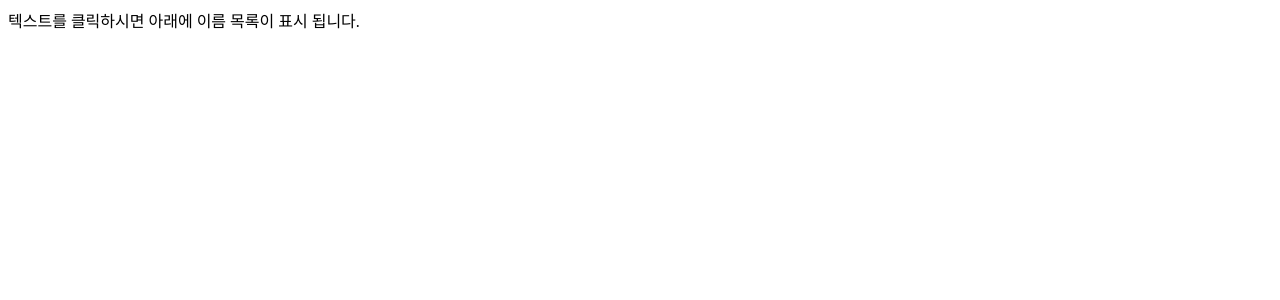
Repository: qkr5318/JSP_STUDY
Page: SIXTH_JSP/WebContent/study03/json1.html
The author's editor kept a copy of each file at every save. The page is drawn from the files as they stood at one save, then again after the next save.
The browser window is 1280 px wide. The pictures show the whole page.

Above is the page before, as saved 2023-01-06 07:05:54.

### SIXTH_JSP/WebContent/study03/json1.html
<!DOCTYPE html>
<html lang="ko">
<head>
<meta charset="UTF-8">
<meta name="viewport" content="width=device-width, initial-scale=1.0" />
<title>Insert title here</title>
<!-- jQuery는 파일 연계 방식 또는 CDN 연계 방식으로 활용이 가능하며,
          여기서는 CDN 연계 방식으로 활용합니다. -->
<script  src="http://code.jquery.com/jquery-latest.min.js"></script>

<!--  JSON(대문자로 작성함) 자료형을 실제로 사용하여 값을 출력하는 예시입니ㅏㄷ.
		여기서는 JSON 배열에 문자열 정보를 저장한 후 웹 페이지에 출력하게 됩니다. -->

<script type="text/javascript">
	$(function(){
		$("#checkJson").click(function(){
			// 이름을 저장하는 json 배열을 name으로 선언합니다.
			var jsonStr = '{"name":["장나라", "김희선", "이영애"]}';
			// 제이쿼리의 JSON(대문자로 작성함) 기능인 parse() 메서드를 이용해서
			// JSON(대문자로 작성함) 자료형을 가져옵니다.
			var jsonInfo = JSON.parse(jsonStr);
			var output = "회워 이름<br>";
			output += "==============<br>";
			// 배열 이름 name으로 배열 요소에 반복 변수를 이용해서
			// 차례로 접근하여 값을 가져옵니다.
			for ( var i in jsonInfo.name) {
				output += jsonInfo.name[i] + "<br>";
			}
			//회원 이름을 출력합니다.
			$("#output").html(output);
		});
	});
</script>

</head>
<body>
	<a id="checkInfo" style="corsor:pointer">텍스트를 클릭하시면 아래에 이름 목록이 표시 됩니다.</a>
</body>
</html>

After the next save:
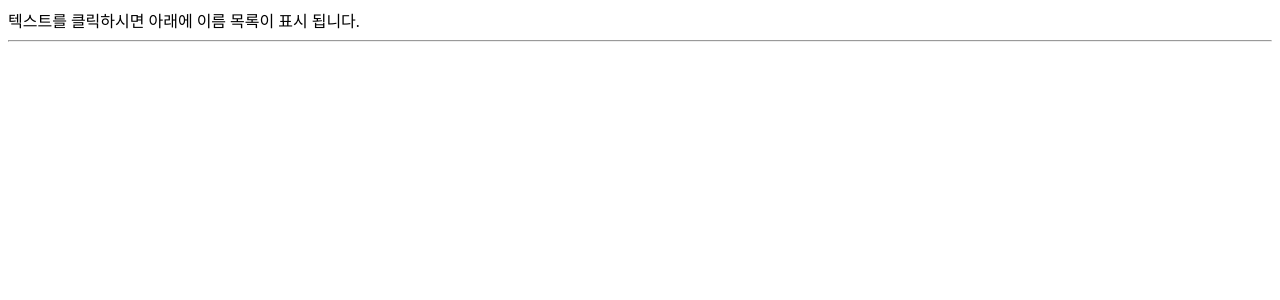
Saved 20 s later.
--- a/SIXTH_JSP/WebContent/study03/json1.html
+++ b/SIXTH_JSP/WebContent/study03/json1.html
@@ -35,5 +35,9 @@
 </head>
 <body>
 	<a id="checkInfo" style="corsor:pointer">텍스트를 클릭하시면 아래에 이름 목록이 표시 됩니다.</a>
+	<br> <hr>
+	<div id="output"></div>
+
+
 </body>
 </html>
